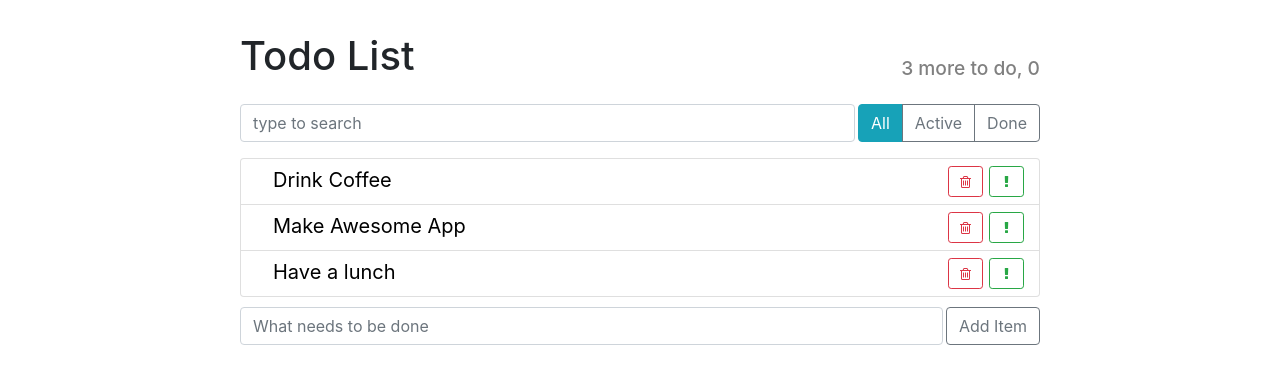
Repository: max535/react-todo-list
Page: /
These files come from the project's save history. The page is drawn as it stood at one moment and after the next save; the edit follows.
The browser window is 1280 px wide. The pictures show the whole page.
The project was rebuilt for these pictures with package versions that can differ from the ones it lists, and the page was loaded fresh each time.

Above is the page before, as saved 2022-01-17 02:13:25.

### public/index.html
<!DOCTYPE html>
<html>
  <head>
    <meta charset="utf-8" />
    <meta
        name="viewport"
        content="width=device-width, initial-scale=1">
    <link rel="stylesheet"
          href="https://stackpath.bootstrapcdn.com/font-awesome/4.7.0/css/font-awesome.min.css">
    <link rel="stylesheet"
          href="https://stackpath.bootstrapcdn.com/bootstrap/4.1.3/css/bootstrap.min.css">
    <title>Todo App</title>
  </head>
  <body>
      <div id="root"></div>
  </body>
</html>

### src/index.js
import React from 'react';
import ReactDOM from 'react-dom';

import { App } from './components/App';

ReactDOM.render(<App />, document.getElementById('root'));

### src/components/App/index.jsx
import React from 'react';

import { AppHeader } from '../AppHeader';
import { SearchPanel } from '../SearchPanel';
import { TodoList } from '../TodoList';
import { ItemStatusFilter } from '../ItemStatusFilter/index.jsx';
import { ItemAddForm } from '../ItemAddForm';

import './App.css';

export class App extends React.Component {
    maxId = 100;

    state = {
        todoData: [
            this.createTodoItem('Drink Coffee'),
            this.createTodoItem('Make Awesome App'),
            this.createTodoItem('Have a lunch'),
        ],
    };

    createTodoItem(label) {
        return {
            label,
            important: false,
            done: false,
            id: this.maxId++,
        }
    }

    deleteItem = (id) => {
        this.setState(({todoData}) => {
            const idx = todoData.findIndex((el) => el.id === id);

            const newArray = [
                ...todoData.slice(0, idx),
                ...todoData.slice(idx + 1),
            ];

            return {
                todoData: newArray,
            };
        });
    };

    addItem = (text) => {
        const newItem = this.createTodoItem(text);

        this.setState(({todoData}) => {
            const newArr = [
                ...todoData,
                newItem,
            ];

            return {
                todoData: newArr,
            };
        });
    };

    toggleProperty(arr, id, propName) {
        const idx = arr.findIndex((el) => el.id === id);

        const oldItem = arr[idx];
        const newItem = {...oldItem, [propName]: !oldItem[propName]};

        return [
            ...arr.slice(0, idx),
            newItem,
            ...arr.slice(idx + 1),
        ];
    }

    onToggleDone = (id) => {
        this.setState(({todoData}) => {
            return {
                todoData: this.toggleProperty(todoData, id, 'done'),
            };
        });
    };

    onToggleImportant = (id) => {
        this.setState(({todoData}) => {
            return {
                todoData: this.toggleProperty(todoData, id, 'important'),
            };
        });
    };

    render() {
        const {todoData} = this.state;
        const doneCount = todoData.filter((el) => el.done).length;
        const todoCount = todoData.length - doneCount;

        return (
            <div className="todo-app">
                <AppHeader toDo={todoCount} done={doneCount} />
                <div className="top-panel d-flex">
                    <SearchPanel />
                    <ItemStatusFilter />
                </div>

                <TodoList
                    todos={todoData}
                    onDeleted={this.deleteItem}
                    onToggleImportant={this.onToggleImportant}
                    onToggleDone={this.onToggleDone}
                />

                <ItemAddForm onItemAdded={this.addItem} />
            </div>
        );
    }
}

### src/components/AppHeader.jsx
import React from 'react';

import './AppHeader.css';

export const AppHeader = ({toDo, done}) => {
    return (
        <div className="app-header d-flex">
            <h1>Todo List</h1>
            <h2>{toDo} more to do, {done}</h2>
        </div>
    );
};

### src/components/SearchPanel.jsx
import React from 'react';

import './SearchPanel.css';

export const SearchPanel = () => {
    return (
        <input
            type="text"
            className="form-control search-input"
            placeholder="type to search"
        />
    );
}

### src/components/TodoList.jsx
import React from 'react';

import { TodoListItem } from './TodoListItem';

import './TodoList.css';

export const TodoList = ({todos}) => {

    const elements = todos.map((item) => {
        const {id, ...itemProps} = item;

        return (
            <li key={id} className="list-group-item">
                <TodoListItem {...itemProps} />
            </li>
        );
    });

    return (
        <ul className="list-group todo-list">
            {elements}
        </ul>
    );
};

### src/components/ItemStatusFilter/index.jsx
import React from 'react';

import './ItemStatusFilter.css';

export class ItemStatusFilter extends React.Component {

    render() {
        return (
            <div className="btn-group">
                <button type="button"
                        className="btn btn-info">All</button>
                <button type="button"
                        className="btn btn-outline-secondary">Active</button>
                <button type="button"
                        className="btn btn-outline-secondary">Done</button>
            </div>
        );
    }
}

// export const ItemStatusFilter = () => {
//     return (
//         <div className="btn-group">
//             <button type="button"
//                     className="btn btn-info">All</button>
//             <button type="button"
//                     className="btn btn-outline-secondary">Active</button>
//             <button type="button"
//                     className="btn btn-outline-secondary">Done</button>
//         </div>
//     );
// };

### src/components/ItemAddForm/index.jsx
import React from 'react';

import './ItemAddForm.css';

export class ItemAddForm extends React.Component {
    state = {
        label: '',
    };

    onLabelChange = (e) => {
        this.setState({
            label: e.target.value,
        });

    };

    onSubmit = (e) => {
        this.props.onItemAdded(this.state.label);
        e.preventDefault();
        this.setState({
            label: '',
        });
    };

    render() {
        return (
            <form
                className="item-add-form d-flex"
                onSubmit={this.onSubmit}
            >
                <input
                    type="text"
                    className="form-control"
                    onChange={this.onLabelChange}
                    placeholder="What needs to be done"
                    value={this.state.label}
                />
                <button className="btn btn-outline-secondary">Add Item</button>
            </form>
        );
    }
};

### src/components/App/App.css
.todo-app {
    margin: 2rem auto 0 auto;
    max-width: 800px;
}

.top-panel {
    margin: 1rem 0;
}

### src/components/SearchPanel.css
.search-input {
    width: auto;
    flex-grow: 1;
    margin-right: 3px;
}

### src/components/TodoListItem.jsx
import React from 'react';

import './TodoListItem.css';

export const TodoListItem = ({label, important = false}) => {

    const style = {
        color: important ? 'tomato' : 'black',
        fontWeight: important ? 'bold' : 'normal'
    };

    return (
        <span className="todo-list-item">
            <span
                className="todo-list-item-label"
                style={style}
            >
                {label}
            </span>

            <button
                type="button"
                className="btn btn-outline-success btn-sm float-right"
            >
                <i className="fa fa-exclamation" />
            </button>

            <button
                type="button"
                className="btn btn-outline-danger btn-sm float-right"
            >
                <i className="fa fa-trash-o" />
            </button>
        </span>
    );
};

### src/components/ItemAddForm/ItemAddForm.css
.item-add-form {
    margin-top: 10px;
}

.item-add-form input {
    margin-right: 3px;
}

Loaded but not shown: src/components/AppHeader.css (common file); src/components/TodoList.css (common file); src/components/TodoListItem.css (common file); src/components/ItemStatusFilter/ItemStatusFilter.css (no stored copy; drawn as an empty file)

After the next save:
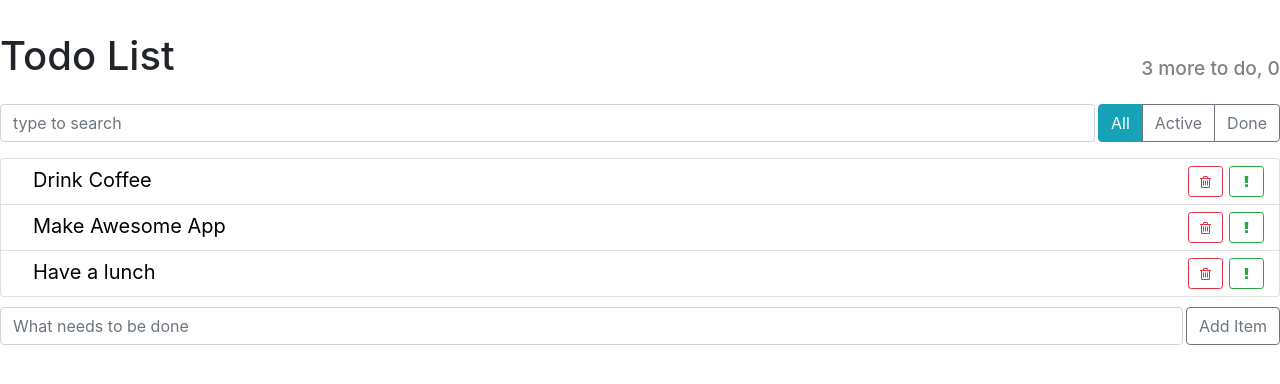
Saved 16 s later.
--- a/src/components/App/App.css
+++ b/src/components/App/App.css
@@ -1,6 +1,6 @@
 .todo-app {
     margin: 2rem auto 0 auto;
-    max-width: 800px;
+
 }
 
 .top-panel {
